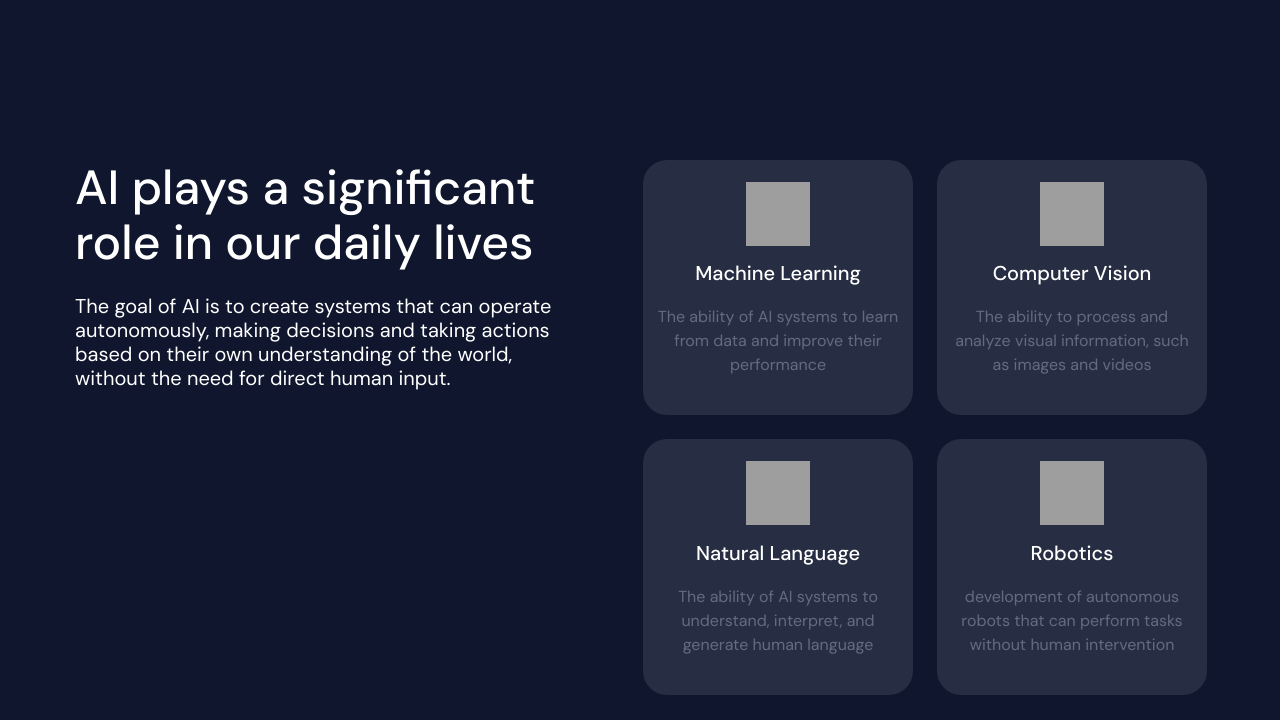
Repository: guli95/four-areas-of-AI-INVO-ACAdemy
Page: /
These files come from the project's save history. The page is drawn as it stood at one moment and after the next save; the edit follows.
The browser window is 1280 px wide. The pictures show the whole page.
Pictures or frames that could not be fetched are drawn as grey boxes. The project was rebuilt for these pictures with package versions that can differ from the ones it lists, and the page was loaded fresh each time.

Above is the page before, as saved 2023-03-13 15:49:03.

### index.html
<!DOCTYPE html>
<html lang="en">

<head>
  <meta charset="UTF-8" />
  <link rel="icon" type="image/svg+xml" href="/vite.svg" />
  <meta name="viewport" content="width=device-width, initial-scale=1.0" />
  <title>Four AI areas</title>
</head>

<!-- In order to start your challenge, remove all the content inside <div id="home-page"></div> and start coding :) -->

<body>
  <div id="home-page">
    <div class="flexbox-container">
      <div class="heading-wrapper">
        <h1 class="heading-title">AI plays a significant role in our daily lives</h1>
        <p class="heading-text">The goal of AI is to create systems that can operate autonomously, making decisions and taking actions based on their own understanding of the world, without the need for direct human input.</p>
      </div>
      <div class="card-container">
        <a href="" class="card-link">
        <div class="card">
          <img src="./public/images/card-icon1.png" alt="" class="card-img" role="presentation">
          <h3 class="card-title">Machine Learning</h3>
          <p class="card-text">The ability of AI systems to learn from data and improve their performance</p>
        </div>
        </a>
        <a href="" class="card-link">
        <div class="card">
          <img src="./public/images/card-icon2.png" alt="" class="card-img" role="presentation">
          <h3 class="card-title">Computer Vision</h3>
          <p class="card-text">The ability to process and analyze visual information, such as images and videos</p>
        </div>
        </a>
        <a href="" class="card-link">
        <div class="card">
          <img src="./public/images/card-icon3.png" alt="" class="card-img" role="presentation">
          <h3 class="card-title">Natural Language</h3>
          <p class="card-text">The ability of AI systems to understand, interpret, and generate human language</p>
        </div>
        </a>
        <a href="" class="card-link">
        <div class="card">
          <img src="./public/images/card-icon4.png" alt="" class="card-img" role="presentation">
          <h3 class="card-title">Robotics</h3>
          <p class="card-text">development of autonomous robots that can perform tasks without human intervention</p>
        </div>
        </a>
      </div>
    </div>
  </div>

  <script type="module" src="/src/global-scripts/main.js"></script>
</body>

</html>

### src/global-scripts/main.js
/// Main JavaScript File
/// Here we import all the global JavaScript files we need for our project.

import "../global-styles/style.scss";
import "../../src/pages/home-page/styles/home-page.scss";

### src/global-styles/style.scss
/// Main Styles File
/// Here we import all the global Styles files we need for our project.

@import "styles/normalize.scss";
@import "styles/root.scss";
@import "styles/fonts.scss";

body {
  font-family: 'DS sans', sans-serif;
  color: var(--color-primary);
}

p {
  color: var(--color-on-surface);
}

### src/pages/home-page/styles/home-page.scss
/// Homepage Styles File
/// Here we import all the Styles files we need for our Homepage.
@import '../../../global-styles/styles/_root.scss';

#home-page{
    color: var(--color-white);
    font-family: 'DM Sans',sans-serif;
    height: 100%;

 .flexbox-container{
    max-width: 1440px;
    padding: 0 20px;
    display: flex;
    justify-content: center;
    margin: 160px auto 0 auto;
    gap: 0px;
    @media screen and (max-width:1024px) {
        flex-direction:column;
        align-items: center;
        gap:24px;
    }
    @media screen and (max-width:480px) {
        padding: 48px 16px;
    }
    .heading-wrapper{
        font-family: "DM Sans", sans-serif;
        text-align: left ;
        vertical-align: top;
        max-width: 480px;
        padding-left: 30px;
        padding-right: 60px;
        @media screen and (max-width:1024px) {
            width: 100%;
            padding: 0 16px;
        }
        .heading-title{
            font-size: var(--text-xl);
            font-weight: 500;
            line-height: 115%;
            letter-spacing: 0.2%;
            margin: 0 0 24px 0;
            @media screen and (max-width:1024px) {
                margin-bottom: 16px;
            }
            @media screen and (max-width:1024px) {
                font-size: var(--text-l);
            }
        }
        .heading-text{
            font-size: var(--text-m);
            line-height: 24px;
            font-weight: 300;

        }
        @media screen and (max-width:480px) {
            font-size: var(--text-s);
        }
    }
    .card-container{
        display: flex;
        justify-content: center;
        flex-wrap: wrap;
        gap: 24px;
        max-width: 620px;
        @media screen and (max-width:1024px) {
            width: 100%;
            gap:16px;
        }
        .card-link{
            display: flex;
            color: var(--color-white);
            text-decoration: none;
            flex-direction: column;
            // justify-content: space-evenly;
            align-items: center;
            max-width: 240px;
            max-width: 250px;
            min-height: 200px;
            padding: 22px 10px;
            background-color:var(--color-secondary-grey);
            text-align: center;
            border-radius: var(--rounding-big);
            transition: .2s;
            &:hover{
                background-color: lighten($color: #272D42, $amount: 10) ;
            }
            @media screen and (max-width:480px) {
                width: 100%;
                min-height:auto;
            }
            .card-img{
                width: 64px;
                height: 64px;
                @media screen and (max-width:1024px) {
                    width: 56px;
                    height: 56px;
                }
            }
            .card-title{
                font-size: var(--text-m);
                font-weight: 500;
                margin-top: 12px;
            }
            .card-text{
                font-size: var(--text-s);
                mix-blend-mode:soft-light;
                line-height: 24px;
                @media screen and (max-width:1024px) {
                    font-size: var(--text-xs);
                }
            }
        }

    }
}

}

### src/global-styles/styles/normalize.scss
/*! normalize.css v8.0.1 | MIT License | github.com/necolas/normalize.css */

/* Document
   ========================================================================== */

/**
 * 1. Correct the line height in all browsers.
 * 2. Prevent adjustments of font size after orientation changes in iOS.
 */

html {
  line-height: 1.15; /* 1 */
  -webkit-text-size-adjust: 100%; /* 2 */
  background-color: var(--color-primary-dark-blue);
}

/* Sections
   ========================================================================== */

/**
 * Remove the margin in all browsers.
 */

body {
  margin: 0;
}

/**
 * Render the `main` element consistently in IE.
 */

main {
  display: block;
}

/**
 * Correct the font size and margin on `h1` elements within `section` and
 * `article` contexts in Chrome, Firefox, and Safari.
 */

h1 {
  font-size: 2em;
  margin: 0.67em 0;
}

/* Grouping content
   ========================================================================== */

/**
 * 1. Add the correct box sizing in Firefox.
 * 2. Show the overflow in Edge and IE.
 */

hr {
  box-sizing: content-box; /* 1 */
  height: 0; /* 1 */
  overflow: visible; /* 2 */
}

/**
 * 1. Correct the inheritance and scaling of font size in all browsers.
 * 2. Correct the odd `em` font sizing in all browsers.
 */

pre {
  font-family: monospace, monospace; /* 1 */
  font-size: 1em; /* 2 */
}

/* Text-level semantics
   ========================================================================== */

/**
 * Remove the gray background on active links in IE 10.
 */

a {
  background-color: transparent;
}

/**
 * 1. Remove the bottom border in Chrome 57-
 * 2. Add the correct text decoration in Chrome, Edge, IE, Opera, and Safari.
 */

abbr[title] {
  border-bottom: none; /* 1 */
  text-decoration: underline; /* 2 */
  text-decoration: underline dotted; /* 2 */
}

/**
 * Add the correct font weight in Chrome, Edge, and Safari.
 */

b,
strong {
  font-weight: bolder;
}

/**
 * 1. Correct the inheritance and scaling of font size in all browsers.
 * 2. Correct the odd `em` font sizing in all browsers.
 */

code,
kbd,
samp {
  font-family: monospace, monospace; /* 1 */
  font-size: 1em; /* 2 */
}

/**
 * Add the correct font size in all browsers.
 */

small {
  font-size: 80%;
}

/**
 * Prevent `sub` and `sup` elements from affecting the line height in
 * all browsers.
 */

sub,
sup {
  font-size: 75%;
  line-height: 0;
  position: relative;
  vertical-align: baseline;
}

sub {
  bottom: -0.25em;
}

sup {
  top: -0.5em;
}

/* Embedded content
   ========================================================================== */

/**
 * Remove the border on images inside links in IE 10.
 */

img {
  border-style: none;
}

/* Forms
   ========================================================================== */

/**
 * 1. Change the font styles in all browsers.
 * 2. Remove the margin in Firefox and Safari.
 */

button,
input,
optgroup,
select,
textarea {
  font-family: inherit; /* 1 */
  font-size: 100%; /* 1 */
  line-height: 1.15; /* 1 */
  margin: 0; /* 2 */
}

/**
 * Show the overflow in IE.
 * 1. Show the overflow in Edge.
 */

button,
input { /* 1 */
  overflow: visible;
}

/**
 * Remove the inheritance of text transform in Edge, Firefox, and IE.
 * 1. Remove the inheritance of text transform in Firefox.
 */

button,
select { /* 1 */
  text-transform: none;
}

/**
 * Correct the inability to style clickable types in iOS and Safari.
 */

button,
[type="button"],
[type="reset"],
[type="submit"] {
  -webkit-appearance: button;
}

/**
 * Remove the inner border and padding in Firefox.
 */

button::-moz-focus-inner,
[type="button"]::-moz-focus-inner,
[type="reset"]::-moz-focus-inner,
[type="submit"]::-moz-focus-inner {
  border-style: none;
  padding: 0;
}

/**
 * Restore the focus styles unset by the previous rule.
 */

button:-moz-focusring,
[type="button"]:-moz-focusring,
[type="reset"]:-moz-focusring,
[type="submit"]:-moz-focusring {
  outline: 1px dotted ButtonText;
}

/**
 * Correct the padding in Firefox.
 */

fieldset {
  padding: 0.35em 0.75em 0.625em;
}

/**
 * 1. Correct the text wrapping in Edge and IE.
 * 2. Correct the color inheritance from `fieldset` elements in IE.
 * 3. Remove the padding so developers are not caught out when they zero out
 *    `fieldset` elements in all browsers.
 */

legend {
  box-sizing: border-box; /* 1 */
  color: inherit; /* 2 */
  display: table; /* 1 */
  max-width: 100%; /* 1 */
  padding: 0; /* 3 */
  white-space: normal; /* 1 */
}

/**
 * Add the correct vertical alignment in Chrome, Firefox, and Opera.
 */

progress {
  vertical-align: baseline;
}

/**
 * Remove the default vertical scrollbar in IE 10+.
 */

textarea {
  overflow: auto;
}

/**
 * 1. Add the correct box sizing in IE 10.
 * 2. Remove the padding in IE 10.
 */

[type="checkbox"],
[type="radio"] {
  box-sizing: border-box; /* 1 */
  padding: 0; /* 2 */
}

/**
 * Correct the cursor style of increment and decrement buttons in Chrome.
 */

[type="number"]::-webkit-inner-spin-button,
[type="number"]::-webkit-outer-spin-button {
  height: auto;
}

/**
 * 1. Correct the odd appearance in Chrome and Safari.
 * 2. Correct the outline style in Safari.
 */

[type="search"] {
  -webkit-appearance: textfield; /* 1 */
  outline-offset: -2px; /* 2 */
}

/**
 * Remove the inner padding in Chrome and Safari on macOS.
 */

[type="search"]::-webkit-search-decoration {
  -webkit-appearance: none;
}

/**
 * 1. Correct the inability to style clickable types in iOS and Safari.
 * 2. Change font properties to `inherit` in Safari.
 */

::-webkit-file-upload-button {
  -webkit-appearance: button; /* 1 */
  font: inherit; /* 2 */
}

/* Interactive
   ========================================================================== */

/*
 * Add the correct display in Edge, IE 10+, and Firefox.
 */

details {
  display: block;
}

/*
 * Add the correct display in all browsers.
 */

summary {
  display: list-item;
}

/* Misc
   ========================================================================== */

/**
 * Add the correct display in IE 10+.
 */

template {
  display: none;
}

/**
 * Add the correct display in IE 10.
 */

[hidden] {
  display: none;
}

### src/global-styles/styles/root.scss
/// Root Styles file
/// Here we define all the root variables we need for our project.
/// For examples see Material Design color system: https://m2.material.io/design/color/the-color-system.html

:root {
    $--color-primary-dark-blue: #0F162D !global;
    --color-primary-pink: #CA59FF;
    --color-primary-purple: #6C7CFF;
    --color-primary-green: #2AFFFF;
    --color-primary-yellow: #FFF629;
    --color-white: #FFFFFF;
    --color-black: #000;
    --color-secondary-grey:#272D42;

}

### src/global-styles/styles/fonts.scss
/// Main Fonts File
/// Here we import all the fonts files we need for our project.

@import url('https://fonts.googleapis.com/css2?family=Roboto:ital,wght@0,100;0,300;0,400;0,500;0,700;0,900;1,100;1,300;1,400;1,500;1,700;1,900&display=swap');
@import url('https://fonts.googleapis.com/css2?family=DM+Sans:wght@400;500&display=swap');

### src/global-styles/styles/_root.scss
/// Root Styles file
/// Here we define all the root variables we need for our project.
/// For examples see Material Design color system: https://m2.material.io/design/color/the-color-system.html

:root {
    //colors
    --color-primary-dark-blue: #0F162D ;
    --color-primary-pink: #CA59FF;
    --color-primary-purple: #6C7CFF;
    --color-primary-green: #2AFFFF;
    --color-primary-yellow: #FFF629;
    --color-white: #FFFFFF;
    --color-black: #000;
    --color-secondary-grey:#272D42;

    //font-size
    --text-xl:48px;
    --text-l:32px;
    --text-m:20px;
    --text-s:16px;
    --text-xs:14px;

    //rounding
    --rounding-big:24px;
    --rounding-small:16px;
}

After the next save:
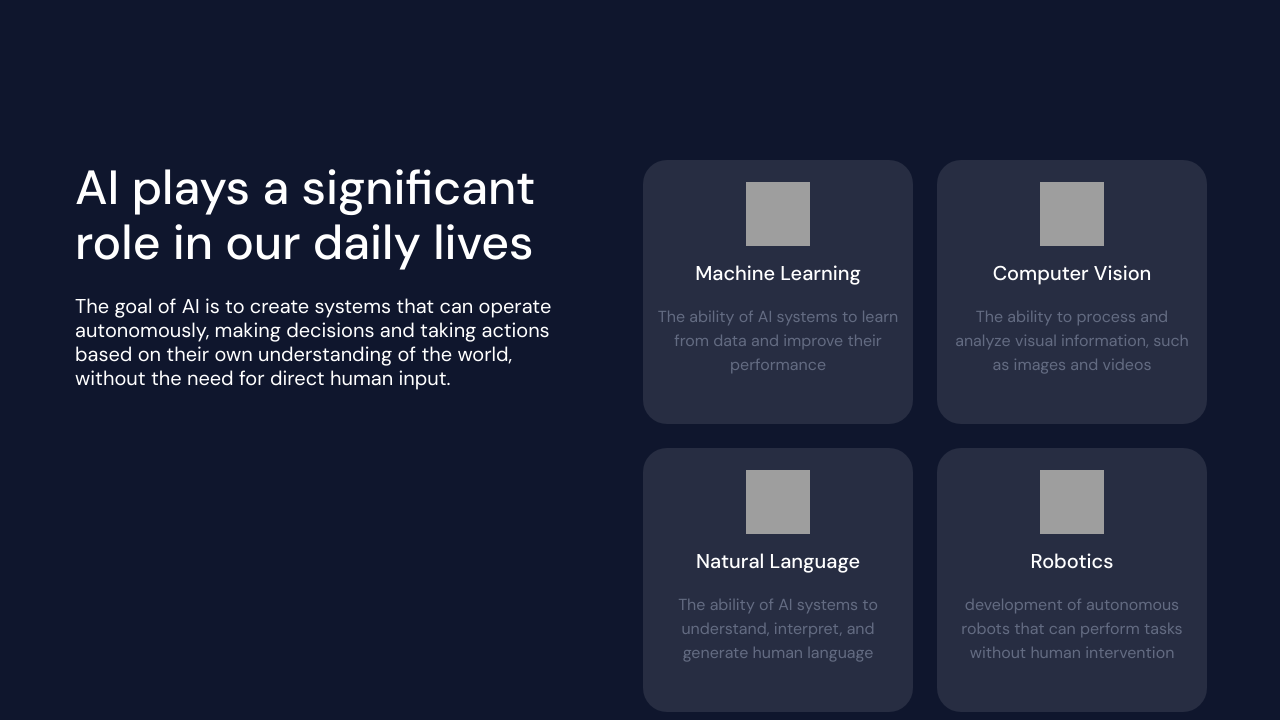
Saved 28 s later.
--- a/src/pages/home-page/styles/home-page.scss
+++ b/src/pages/home-page/styles/home-page.scss
@@ -75,7 +75,7 @@
             align-items: center;
             max-width: 240px;
             max-width: 250px;
-            min-height: 200px;
+            min-height: 220px;
             padding: 22px 10px;
             background-color:var(--color-secondary-grey);
             text-align: center;

After the save that followed:
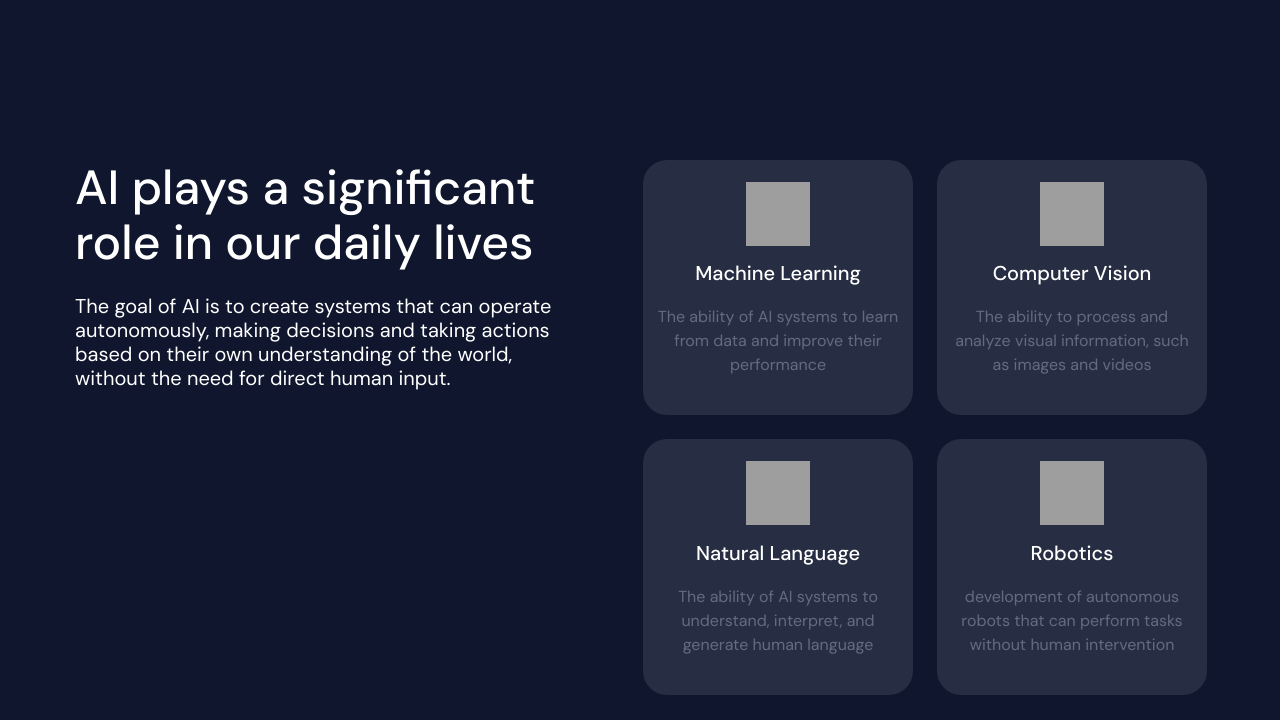
Saved 21 s later.
--- a/src/pages/home-page/styles/home-page.scss
+++ b/src/pages/home-page/styles/home-page.scss
@@ -75,7 +75,7 @@
             align-items: center;
             max-width: 240px;
             max-width: 250px;
-            min-height: 220px;
+            min-height: 200px;
             padding: 22px 10px;
             background-color:var(--color-secondary-grey);
             text-align: center;
